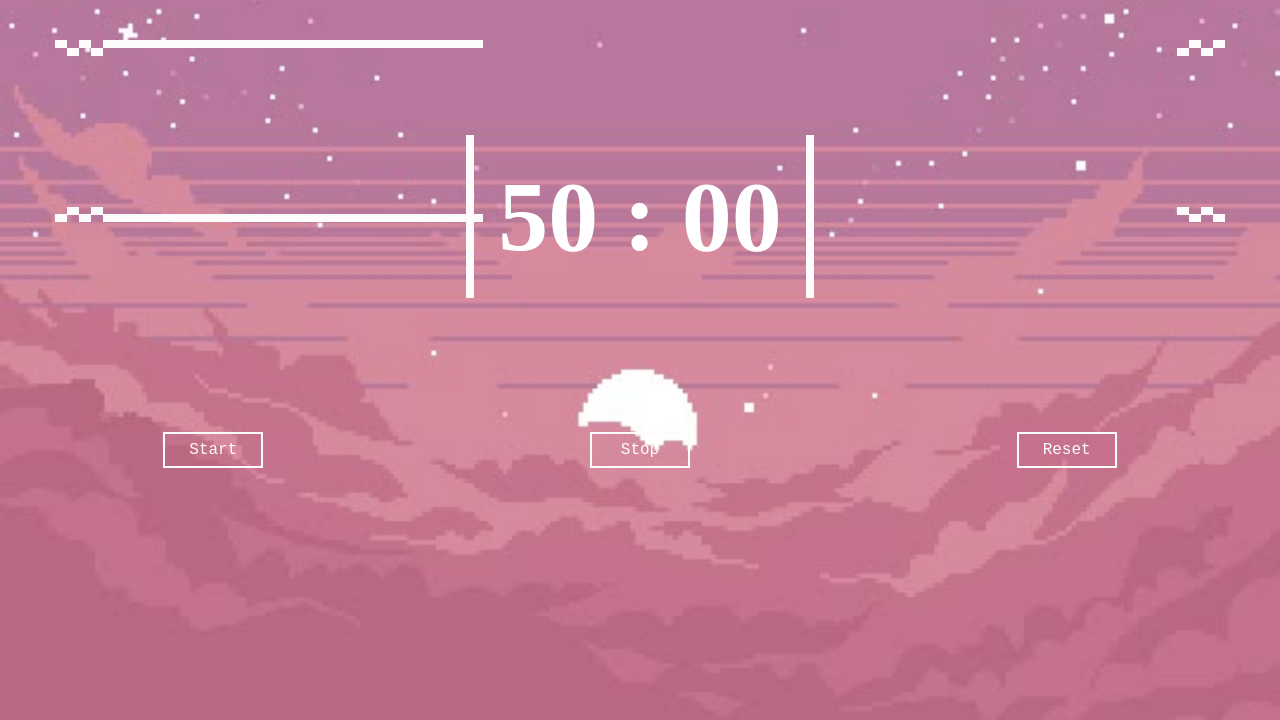
Repository: niharikapatil2306/Study-Timer
Page: index.html
These files come from the project's save history. The page is drawn as it stood at one moment and after the next save; the edit follows.
The browser window is 1280 px wide. The pictures show the whole page.
Some web fonts or font styles are not loaded; a fallback is used.

Above is the page before, as saved 2025-02-18 18:18:40.

After the next save:
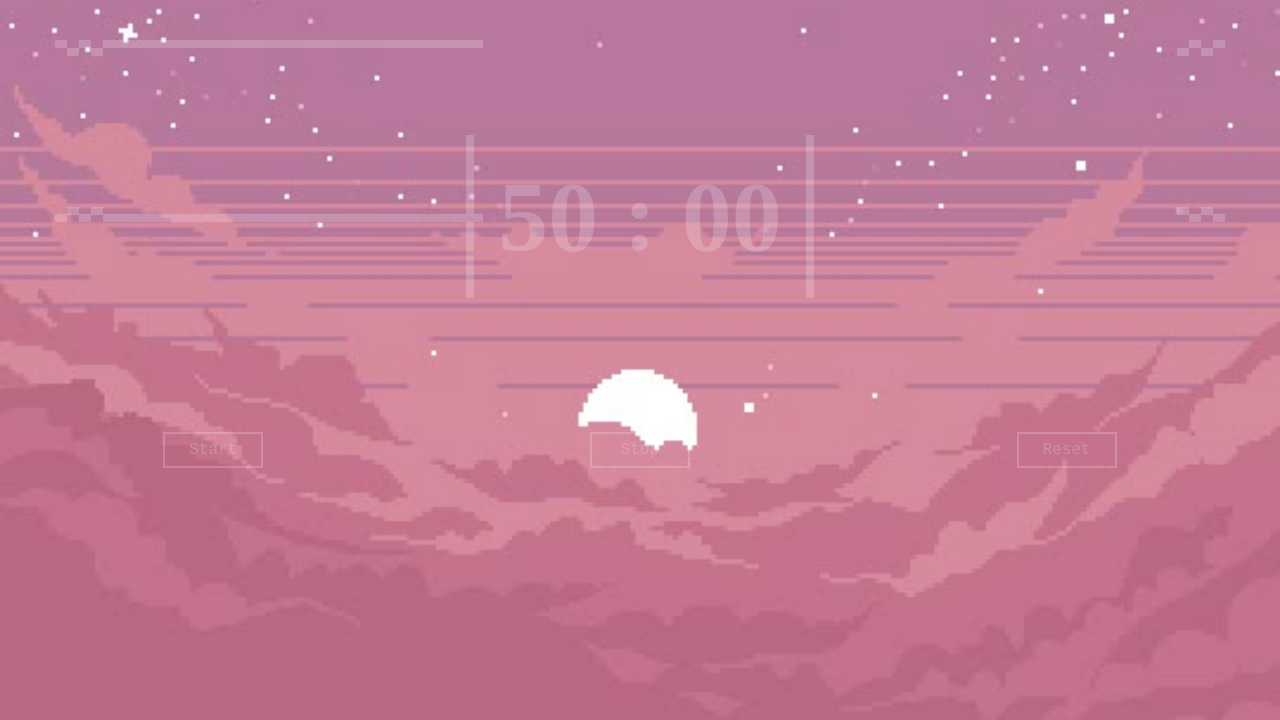
Saved 2 min 37 s later.
--- a/style.css
+++ b/style.css
@@ -3,6 +3,7 @@
     padding: 0;
     background: url("./img/bg.jpeg") no-repeat center center fixed;
     background-size: cover;
+    opacity: 0.2;
 }
 
 .container{

After the save that followed:
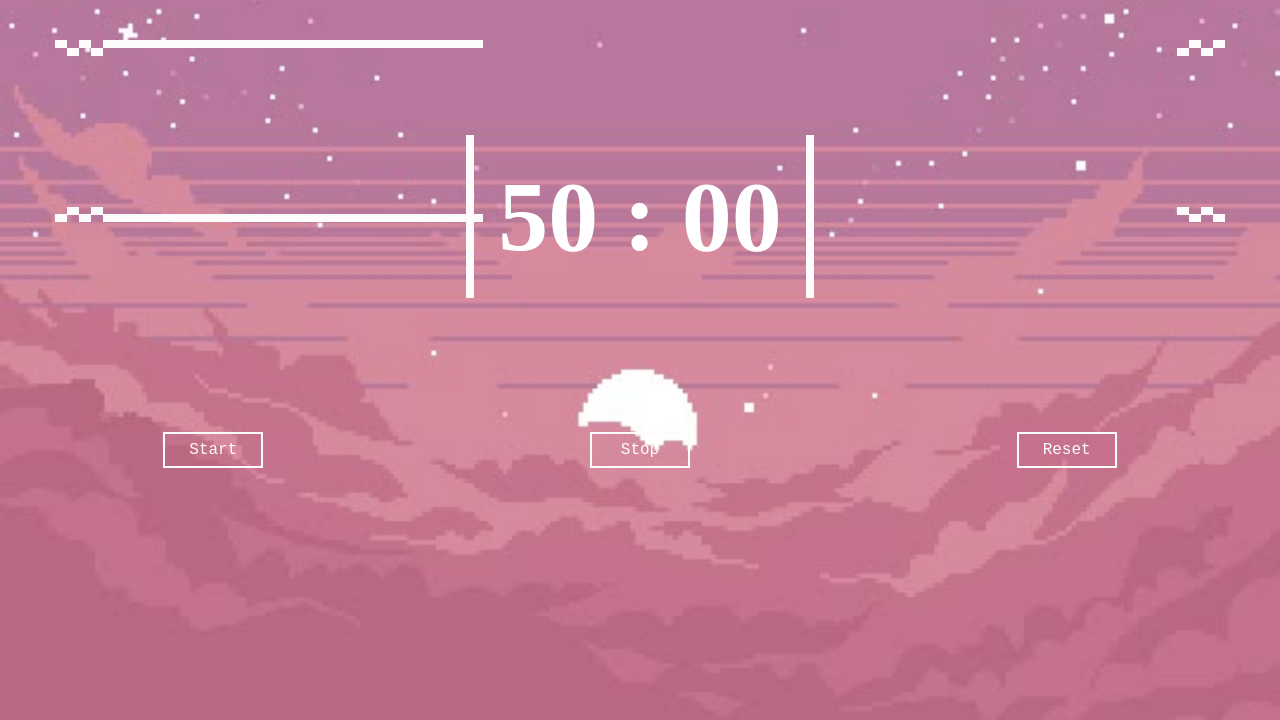
Saved 15 s later.
--- a/style.css
+++ b/style.css
@@ -3,7 +3,7 @@
     padding: 0;
     background: url("./img/bg.jpeg") no-repeat center center fixed;
     background-size: cover;
-    opacity: 0.2;
+    opacity: 1.0;
 }
 
 .container{
